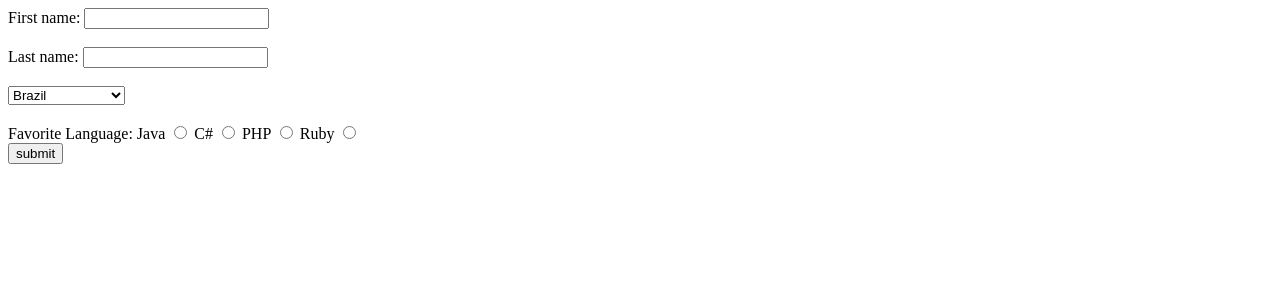
Repository: cs2252/spring-udemy
Page: http://localhost/spring-mvc-demo/student/showForm
An editor plug-in stored every save of this project. The page is shown before and after the next save, followed by the edit.
The browser window is 1280 px wide. The pictures show the whole page.
The page is served by Tomcat 9. The template is opened directly, without the code that normally fills it, so the values that code supplies are empty.

Above is the page before, as saved 2020-06-17 10:43:58.

After the next save:
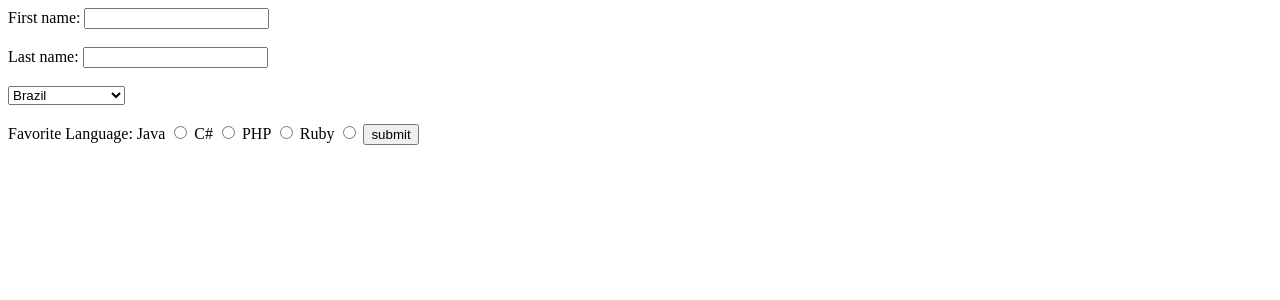
Saved 29 s later.
--- a/spring-mvc-demo/WebContent/WEB-INF/view/student-form.jsp
+++ b/spring-mvc-demo/WebContent/WEB-INF/view/student-form.jsp
@@ -25,9 +25,12 @@
 	C# <form:radiobutton path="favoriteLanguage" value="C#" />
 	PHP <form:radiobutton path="favoriteLanguage" value="PHP" />
 	Ruby <form:radiobutton path="favoriteLanguage" value="RUBY" />
+
+
+	<input type="submit" value="submit" />
 	</form:form>
 
-	<input type="submit" value="submit" />
+
 
 </body>
 </html>
